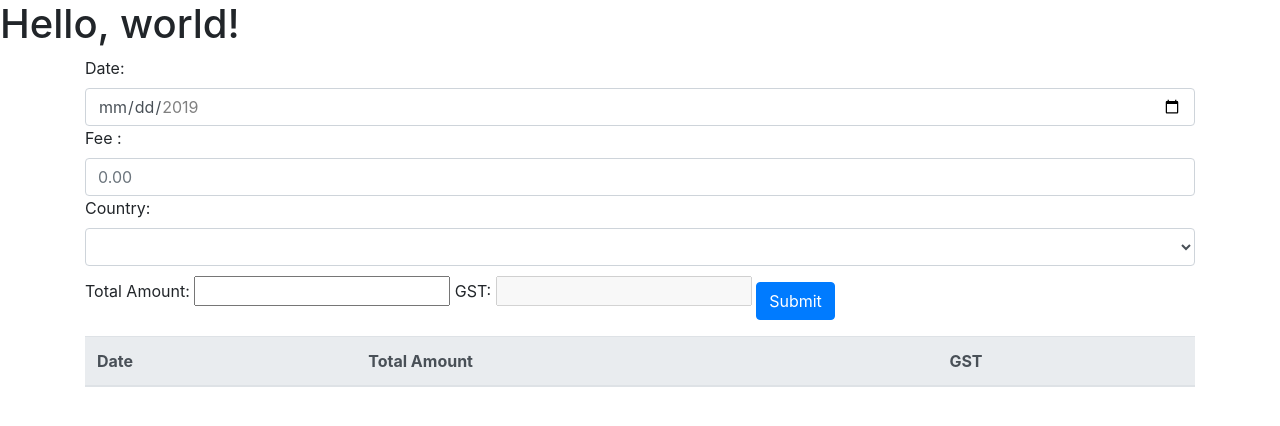
Repository: yucheng91/feesubmissionform
Page: http://localhost/
The author's editor kept a record of every edit. The page is drawn from the files as they stood at one moment, then again after the next edit.
The browser window is 1280 px wide. The pictures show the whole page.
The page is served by the project's application, run on Flask 3 (app.py). Queries for data that is not in the repository find no rows.

Above is the page before.

### templates/index.html
<!doctype html>
<html lang="en">
  <head>
    <!-- Required meta tags -->
    <meta charset="utf-8">
    <meta name="viewport" content="width=device-width, initial-scale=1, shrink-to-fit=no">

    <!-- Bootstrap CSS -->
    <link rel="stylesheet" href="https://stackpath.bootstrapcdn.com/bootstrap/4.3.1/css/bootstrap.min.css" integrity="sha384-ggOyR0iXCbMQv3Xipma34MD+dH/1fQ784/j6cY/iJTQUOhcWr7x9JvoRxT2MZw1T" crossorigin="anonymous">
    <script type="text/javascript" src="{{ url_for('static', filename='js/script.js') }}"></script>

    <title>Hello, world!</title>
  </head>
  <body>
    <h1>Hello, world!</h1>

    <div class="container">
      <div class="row">
        <div class="col">
          <form name="form" method='post'>
            <div class='form-group'>
              <label class='date'>
                      Date:
                  </label>
              <input type='date' class='form-control' name='transaction' title="date" min="2019-01-01" max="2019-12-31">
              <label class='label'>
                      Fee :
                  </label>
              <input type='number' step="0.01" class='form-control' name='fee' placeholder='0.00' onkeyup="calculateGST()">
              </label>
              <label class='label'>
                      Country:
                  </label>
              <select id="country" name='county' class='form-control selectpicker' data-live-search="true">
                          {%for d in country %}
                          <option value='{{ d['country'] }}' {%if d['country'] == country %}selected='selected'{%endif%}>{{ d['country'] }}</option>
                               {%endfor%}
              </select>
                <label class='label' >
                  Total Amount:
                </label>
                <input type="number" step:".01" name="totalfee">
                <label class='label' >
                  GST:
                </label>
                <input type="number" step:".01" name="gst" disabled>
              <input type='submit' class='btn btn-primary mt-3'>
              </div>
          </form>
          </div>
        </div>
      <div class="row">
        <div class="col">
        <table class="table table-hover">
          <thead class="thead-light">
            <tr>
              <th>Date</th>
              <th>Total Amount</th>
              <th>GST</th>
            </tr>
          </thead>
          {%for r in data%}
          <tr>
            <tbody>
              <td>
                {{ r['description'] }}
              </td>
              <td>
                {{ r['cname'] }}
              </td>
              <td>
                {{ r['aname'] }}
              </td>
            </tbody>
          </tr>
          {%endfor%}
        </table>
      </div>
      </div>
    </div>

    <!-- Optional JavaScript -->

    <!-- jQuery first, then Popper.js, then Bootstrap JS -->
    <script src="https://code.jquery.com/jquery-3.3.1.slim.min.js" integrity="sha384-q8i/X+965DzO0rT7abK41JStQIAqVgRVzpbzo5smXKp4YfRvH+8abtTE1Pi6jizo" crossorigin="anonymous"></script>
    <script src="https://cdnjs.cloudflare.com/ajax/libs/popper.js/1.14.7/umd/popper.min.js" integrity="sha384-UO2eT0CpHqdSJQ6hJty5KVphtPhzWj9WO1clHTMGa3JDZwrnQq4sF86dIHNDz0W1" crossorigin="anonymous"></script>
    <script src="https://stackpath.bootstrapcdn.com/bootstrap/4.3.1/js/bootstrap.min.js" integrity="sha384-JjSmVgyd0p3pXB1rRibZUAYoIIy6OrQ6VrjIEaFf/nJGzIxFDsf4x0xIM+B07jRM" crossorigin="anonymous"></script>
  </body>
</html>

### app.py
from flask import Flask, render_template, request, redirect, url_for
import os
import pymysql

connection = pymysql.connect(
    host='localhost',
    user="admin",
    password="password",
    database="fee_submission"
)

app = Flask(__name__)

@app.route('/')

def index():

    cursor = connection.cursor(pymysql.cursors.DictCursor)
    sql = "SELECT * FROM currency"
    cursor.execute(sql)
    country = []
    for r in cursor:
        country.append({
            'id' : r['id'],
            'country': r['country']
        })
    cursor.close()

    return render_template('index.html',country=country)

# "magic code" -- boilerplate
if __name__ == '__main__':
    app.run(host=os.environ.get('IP'),
            port=int(os.environ.get('PORT')),
            debug=True)

Loaded but not shown: static/js/script.js (no copy from this time; the picture is the same without it)

After the next edit:
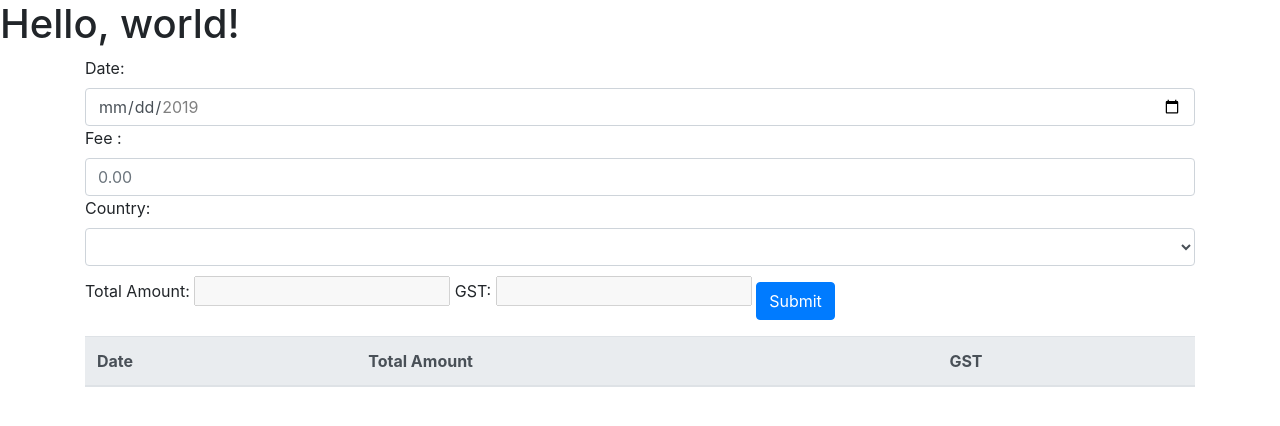
The edit:
--- a/templates/index.html
+++ b/templates/index.html
@@ -39,7 +39,7 @@
                 <label class='label' >
                   Total Amount:
                 </label>
-                <input type="number" step:".01" name="totalfee">
+                <input type="number" step:".01" name="totalfee" onchange="setTwoNumberDecimal" disabled>
                 <label class='label' >
                   GST:
                 </label>
